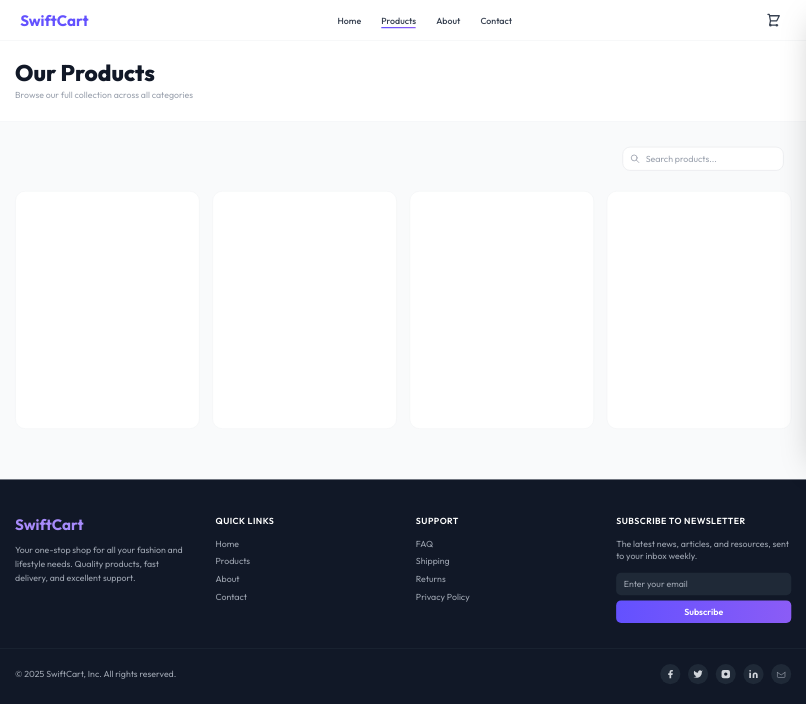
Repository: syedbayzid82849/SwiftCart-E-Commerce-
Page: products.html
These files come from the project's save history. The page is drawn as it stood at one moment and after the next save; the edit follows.
The browser window is 1280 px wide. The pictures show the whole page, at 63% of full size.
The page's requests for data from a server got no answer. Some web libraries are served in a nearby version.

Above is the page before, as saved 2026-02-17 14:47:34.

After the next save:
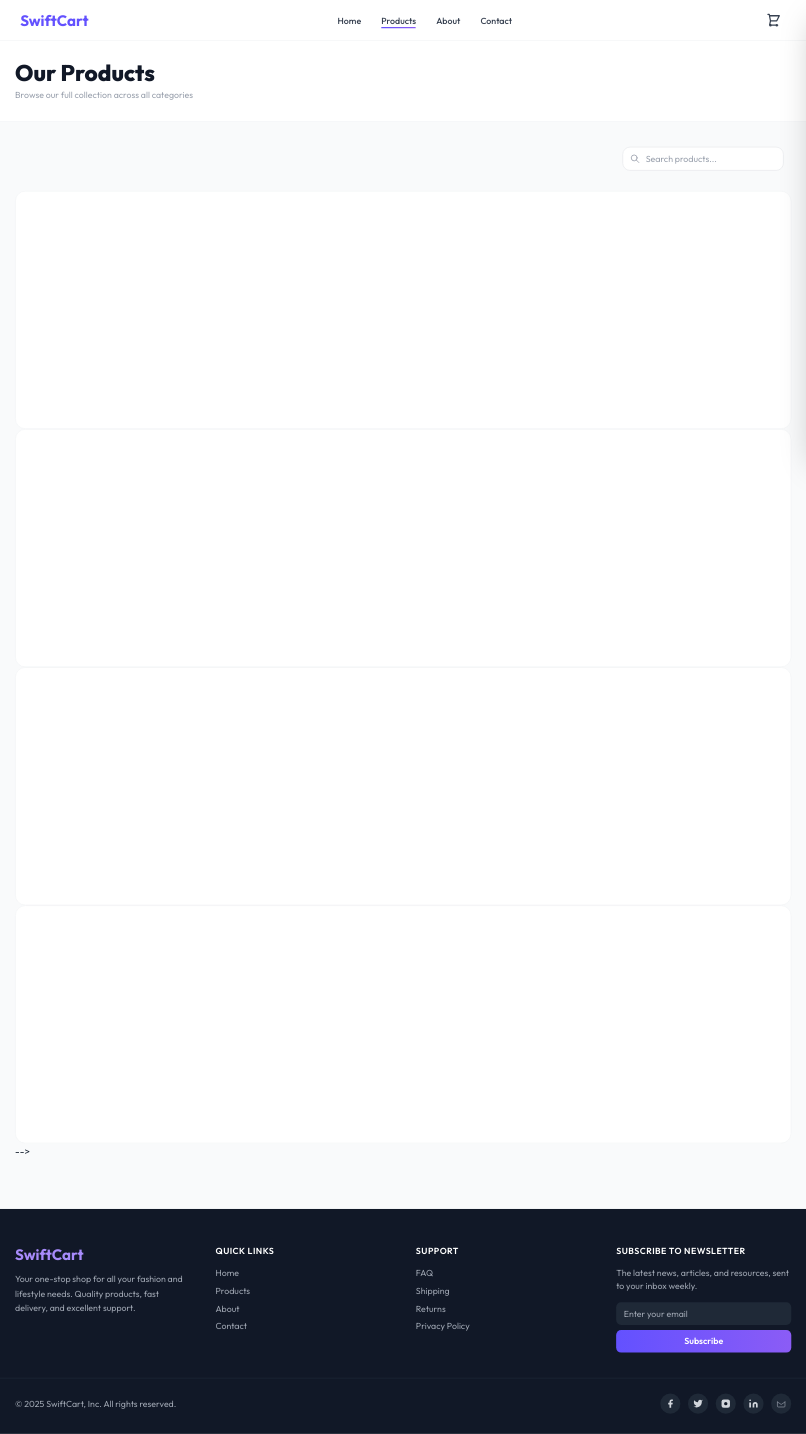
Saved 55 s later.
--- a/products.html
+++ b/products.html
@@ -88,7 +88,7 @@
         </div>
 
         <!-- PRODUCTS GRID -->
-        <div id="products-loading" class="grid grid-cols-2 sm:grid-cols-3 lg:grid-cols-4 gap-5">
+        <!-- <div id="products-loading" class="grid grid-cols-2 sm:grid-cols-3 lg:grid-cols-4 gap-5">
             <!-- Skeleton cards -->
             <div class="bg-white rounded-2xl border border-gray-100 overflow-hidden">
                 <div class="skeleton h-48 w-full"></div>
@@ -142,7 +142,7 @@
                     </div>
                 </div>
             </div>
-        </div>
+        </div> -->
 
         <div id="products-grid" class="grid grid-cols-2 sm:grid-cols-3 lg:grid-cols-4 gap-5 hidden"></div>
 

After the save that followed:
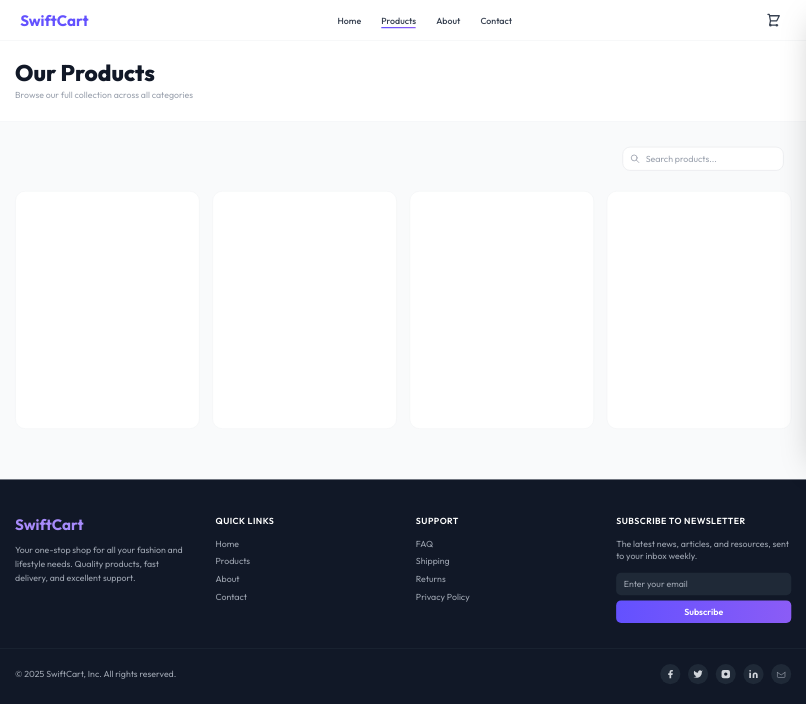
Saved 17 s later.
--- a/products.html
+++ b/products.html
@@ -88,7 +88,7 @@
         </div>
 
         <!-- PRODUCTS GRID -->
-        <!-- <div id="products-loading" class="grid grid-cols-2 sm:grid-cols-3 lg:grid-cols-4 gap-5">
+        <div id="products-loading" class="grid grid-cols-2 sm:grid-cols-3 lg:grid-cols-4 gap-5">
             <!-- Skeleton cards -->
             <div class="bg-white rounded-2xl border border-gray-100 overflow-hidden">
                 <div class="skeleton h-48 w-full"></div>
@@ -142,7 +142,7 @@
                     </div>
                 </div>
             </div>
-        </div> -->
+        </div>
 
         <div id="products-grid" class="grid grid-cols-2 sm:grid-cols-3 lg:grid-cols-4 gap-5 hidden"></div>
 
